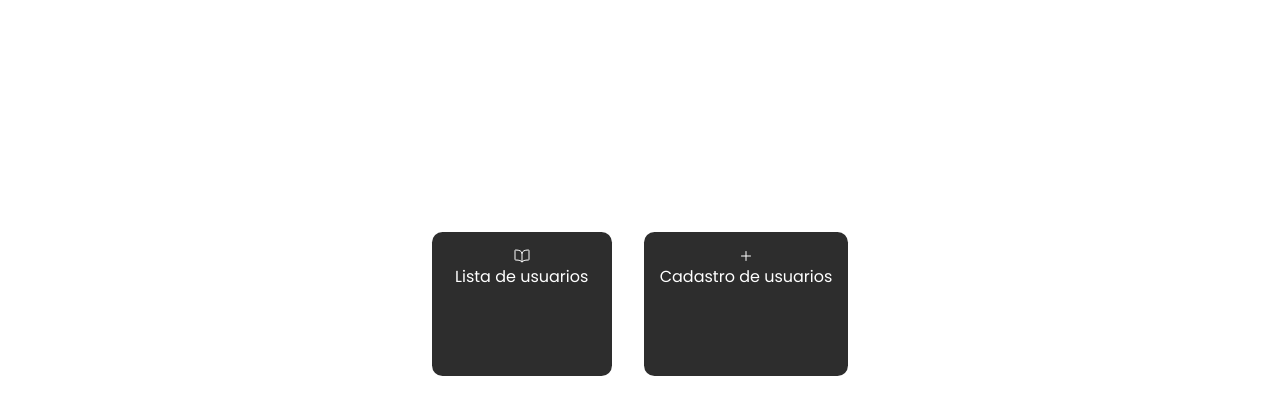
Repository: BeatrizFloriano96/myPagesSpeedLog
Page: html/usuarios.html
An editor plug-in stored every save of this project. The page is shown before and after the next save, followed by the edit.
The browser window is 1280 px wide. The pictures show the whole page.

Above is the page before, as saved 2022-01-29 13:12:21.

After the next save:
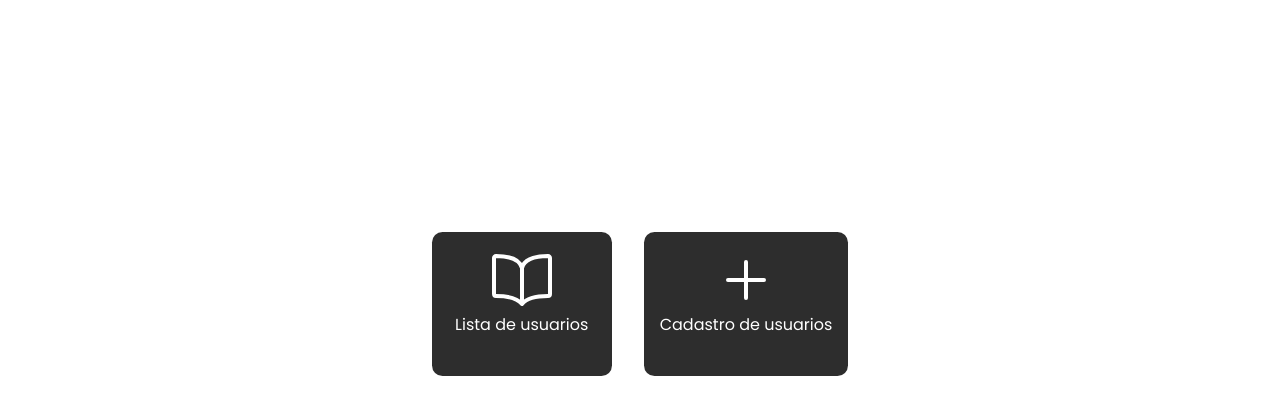
Saved 3 min 43 s later.
--- a/css/usuarios.css
+++ b/css/usuarios.css
@@ -31,3 +31,7 @@ p, a {
     justify-content: center;
     margin-top: 30vh;
 }
+
+.caixinha a{
+        font-size: 4rem;
+}
